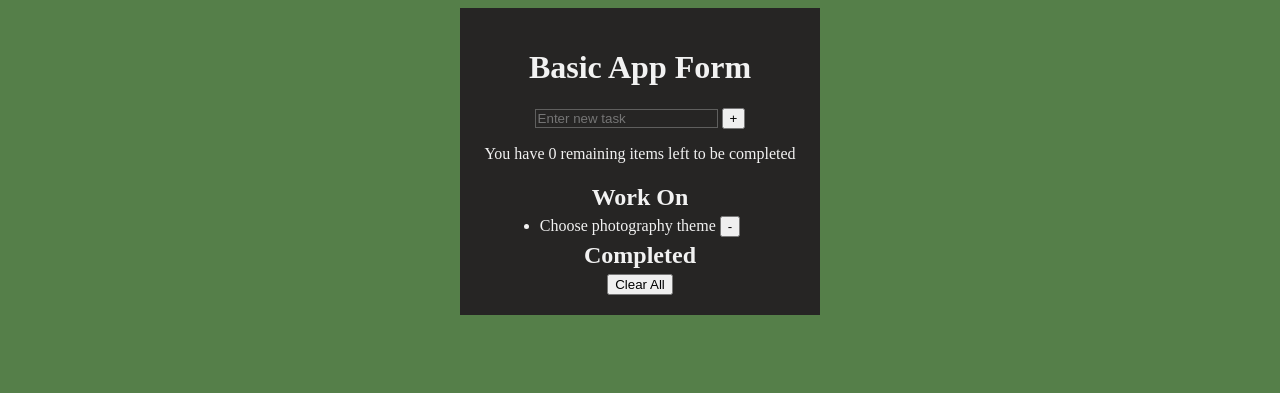
Repository: Kayla-amr/dgm_3760
Page: todoTemplate-W2/index.html
The author's editor kept a copy of each file at every save. The page is drawn from the files as they stood at one save, then again after the next save.
The browser window is 1280 px wide. The pictures show the whole page.

Above is the page before, as saved 2022-11-08 12:59:40.
Console error: TypeError: Assignment to constant variable.

After the next save:
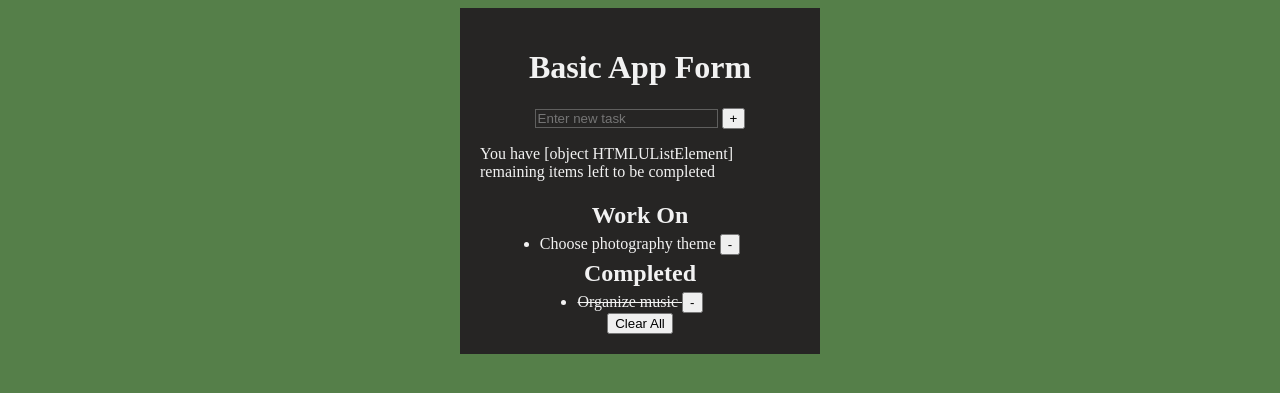
The error is gone.
Saved 28 s later.
--- a/todoTemplate-W2/index.js
+++ b/todoTemplate-W2/index.js
@@ -35,7 +35,6 @@ function displayTodos(todos) {
 	todos.forEach(function(myTask) {
 		if (myTask.status != true) {
 			todoTaskUl.innerHTML += `<li data-todoId='${myTask.id}'> ${myTask.name} <button class="removeBtn" onclick="deleteTask()">-</button></li>`;
-			todoTaskUl = document.querySelector('.todoTasks').getElementsByTagName('li').length;
 
 			remainingTasks.textContent = `You have ${todoTaskUl} remaining items left to be completed`;
 		} else {
